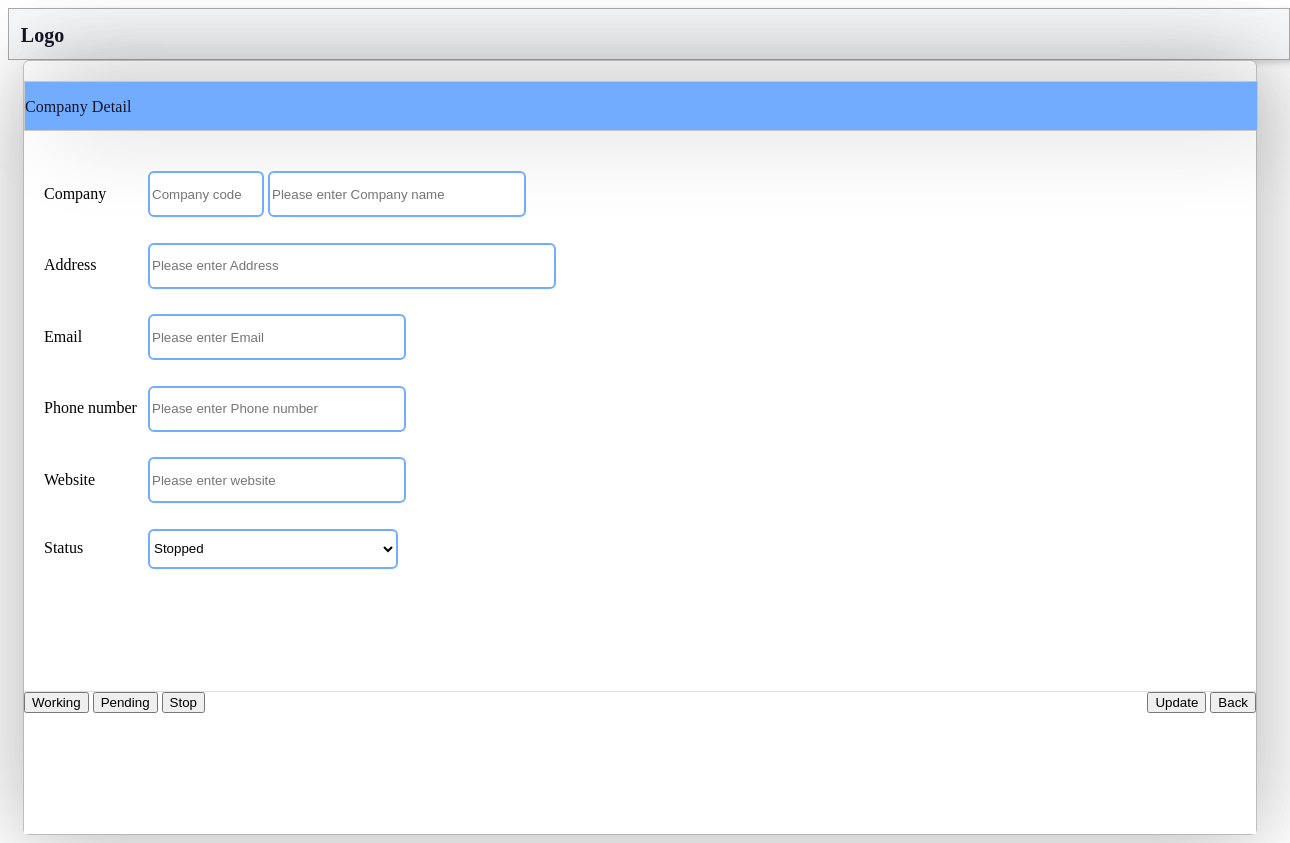
Repository: Zain1409/company
Page: client/html/CompanyDetail.html
An editor plug-in stored every save of this project. The page is shown before and after the next save, followed by the edit.
The browser window is 1280 px wide. The page is 1290 px wide, so the pictures cover 1290 px, including what lies to the right of the window. The pictures show the whole page.

Above is the page before, as saved 2021-04-04 21:39:41.

### client/html/CompanyDetail.html
<!DOCTYPE html>
<html lang="en">
<head>
    <meta charset="UTF-8">
    <meta http-equiv="X-UA-Compatible" content="IE=edge">
    <meta name="viewport" content="width=device-width, initial-scale=1.0">
    <link rel="stylesheet" href="./../css/CompanyDetail.css">
    <title>Company Detail</title>
</head>
<body>
    <div class="header">
        <p>Logo</p>
    </div>
    <div class="container">
        <div id="content">
            <div id="head">
                <p>Company Detail</p>
            </div>
            <form id="form">
                <label id="properties">Company</label> <input id="code" type="text" placeholder="Company code" style="width: 108px;"> <input id="name" type="text" placeholder="Please enter Company name">
                <br>
                <br>
                <label id="properties">Address</label> <input id="address" type="text" placeholder="Please enter Address" style="width: 400px;
                height: 40px;">
                <br>
                <br>
                <label id="properties">Email</label> <input id="email" type="text" placeholder="Please enter Email" >
                <br>
                <br>
                <label id="properties">Phone number</label> <input id="phone_number" type="text" placeholder="Please enter Phone number" >
                <br>
                <br>
                <label id="properties">Website</label> <input id="website" type="text" placeholder="Please enter website " >
                <br>
                <br>
                <label id="properties">Status</label> <select name="" id="form_select">
                    <option value="stopped">Stopped</option>
                    <option value="working">Working</option>
                    <option value="pending">Pending</option>
                    </select>
                </select>
            </form>
            <div id="footer">
                <div id="button_left">
                    <button>Working</button>
                    <button>Pending</button>
                    <button>Stop</button>
                </div>
                <div id="button_right">
                    <button>Update</button>
                    <button>Back</button>
                </div>
            </div>
        </div>
        <!-- <div id="footer">
            <div id="button_left">
                <button>Working</button>
                <button>Pending</button>
                <button>Stop</button>
            </div>
            <div id="button_right">
                <button>Update</button>
                <button>Back</button>
            </div>
        </div> -->
    </div>
</body>
</html>

### client/css/CompanyDetail.css
.header{
    width: 1280px;
    height: 50px;
    background: #F6F8F9 0% 0% no-repeat padding-box;
    box-shadow: 30px 3px 6px #00000029;
    border: 0.5px solid #ACABAB;
    opacity: 1;
    margin: auto;

}
.header p{
    width: 67px;
    height: 39px;
    text-align: left;
    font-weight: bold;
    font-size: 20px;
    color: #131523;
    opacity: 1;
    text-align: center;
    padding-top: 15px;
    margin: 0;
}
.container{
    width: 1232px;
    height: 624px;
    background: #FFFFFF 0% 0% no-repeat padding-box;
    box-shadow: 0px 3px 90px #00000029;
    border: 0.5px solid #C8C8C8;
    border-radius: 6px;
    opacity: 1;
    padding-top: 20px;
    margin: auto;
}
.container{
    margin: auto;
    width: 1232px;
    height: auto;
    padding-top: 20px;
}

#content{
    clear: both;
    width: 1232px;
    height: 753px;
    background: #FFFFFF 0% 0% no-repeat padding-box;
    box-shadow: 0px 3px 90px #00000029;
    opacity: 1;
}
#head{
    width: 1232px;
    height: 48px;
    background: #72ACFF 0% 0% no-repeat padding-box;
    box-shadow: 30px 3px 90px #00000029;
    border: 0.5px solid #C8C8C8;
    opacity: 1;
}
#head p{
    text-align: left;
    font: normal normal medium 20px/30px Poppins;
    letter-spacing: 0.08px;
    color: #131523;
    opacity: 1;
}
#form{
    width: 600px;
    float: left;
    height: 500px;
    margin: 20px;
    padding-top: 20px;

}
#form input{
    width: 250px;
    height: 40px;
    background: #FFFFFF 0% 0% no-repeat padding-box;
    border: 2px solid #72ACFF;
    border-radius: 6px;
    opacity: 1;
}
#form_select{
    clear: both;
    width: 250px;
    height: 40px;
    background: #FFFFFF 0% 0% no-repeat padding-box;
    border: 2px solid #72ACFF;
    border-radius: 6px;
    opacity: 1;
}
#properties{
    width: 100px;
    height: 40px;
    opacity: 1;
    display: inline-block;
}
#footer{
    clear: both;
    float: inherit;
    border-top: 1px solid #DEDEDE;
    background-color: yellow;
}
#button_left{
    float: left;
}
#button_right{
    float: right;
}

After the next save:
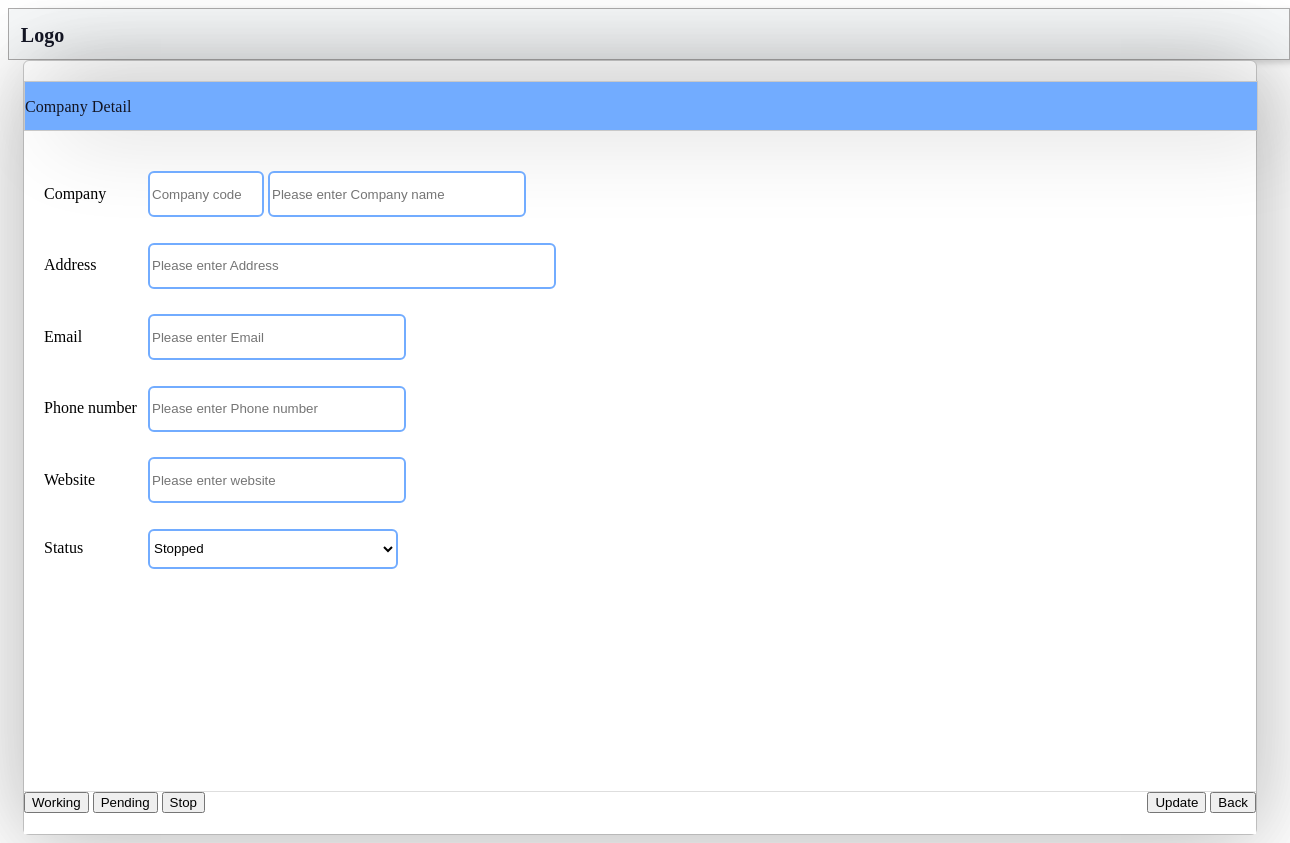
Saved 9 s later.
--- a/client/css/CompanyDetail.css
+++ b/client/css/CompanyDetail.css
@@ -64,7 +64,7 @@
 #form{
     width: 600px;
     float: left;
-    height: 500px;
+    height: 600px;
     margin: 20px;
     padding-top: 20px;
 
